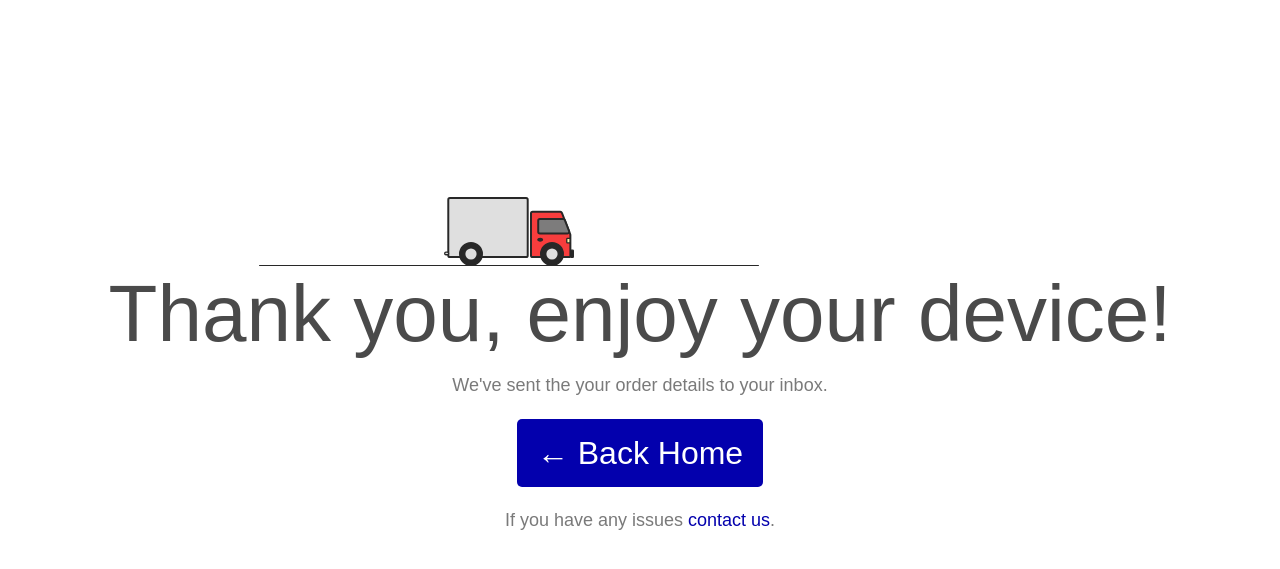
Repository: Davidobi21/macelect
Page: frontend/pages/thank-you.html
An editor plug-in stored every save of this project. The page is shown before and after the next save, followed by the edit.
The browser window is 1280 px wide. The pictures show the whole page.

Above is the page before, as saved 2025-05-06 10:37:42.

After the next save:
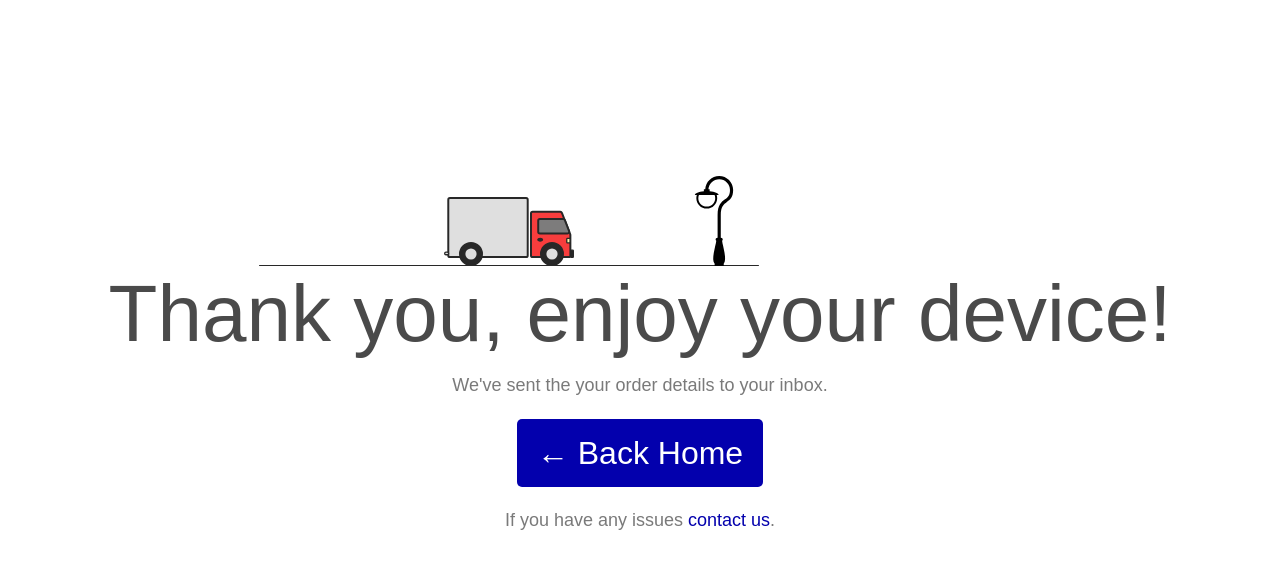
Saved 9 s later.
--- a/frontend/pages/thank-you.html
+++ b/frontend/pages/thank-you.html
@@ -103,7 +103,7 @@
 .lampPost {
   position: absolute;
   bottom: 0;
-  right: -60%;
+  right: -40%;
   height: 90px;
   animation: roadAnimation 1.4s linear infinite;
 }
